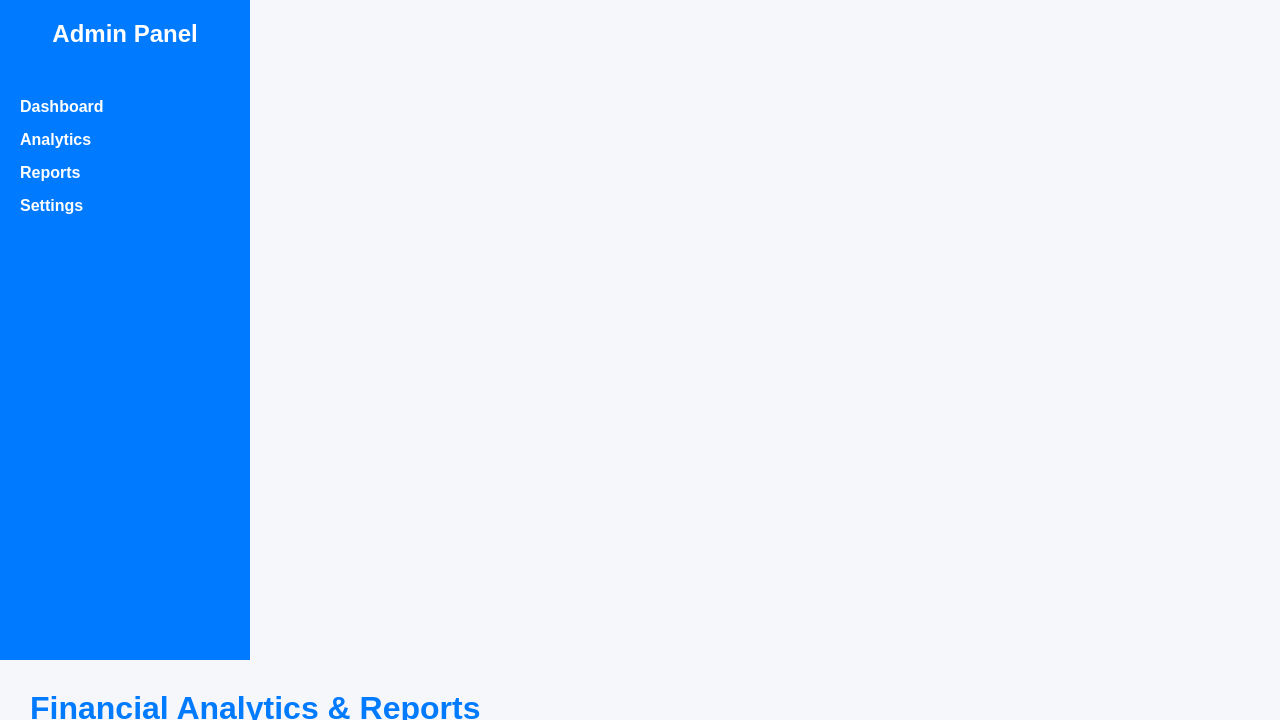
Repository: 2025silverx/slivedrX
Page: index6.html
The author's editor kept a copy of each file at every save. The page is drawn from the files as they stood at one save, then again after the next save.
The browser window is 1280 px wide. The pictures show the whole page.

Above is the page before, as saved 2025-01-05 00:53:41.

### index6.html
<!DOCTYPE html>
<html lang="en">
<head>
    <meta charset="UTF-8">
    <meta name="viewport" content="width=device-width, initial-scale=1.0">
    <title>Financial Analytics & Reports</title>
    <link rel="stylesheet" href="style6.css">
    <script src="https://cdn.jsdelivr.net/npm/chart.js"></script>
</head>
<body>
    <div class="sidebar">
        <h2>Admin Panel</h2>
        <ul class="sidebar-links">
            <li><a href="#">Dashboard</a></li>
            <li><a href="#">Analytics</a></li>
            <li><a href="#">Reports</a></li>
            <li><a href="#">Settings</a></li>
        </ul>
    </div>

    <div class="main-content">
        <h1>Financial Analytics & Reports</h1>

        <!-- KPIs Section -->
        <div class="kpi-section">
            <div class="kpi-card">
                <h3>Total Funds</h3>
                <p>$2,500,000</p>
            </div>
            <div class="kpi-card">
                <h3>Active Users</h3>
                <p>1,200</p>
            </div>
            <div class="kpi-card">
                <h3>Profits</h3>
                <p>$500,000</p>
            </div>
            <div class="kpi-card">
                <h3>Transaction Volume</h3>
                <p>$1,000,000</p>
            </div>
        </div>

        <!-- Data Trends Section -->
        <div class="charts-section">
            <div class="chart-container">
                <h2>Revenue Growth (Last 12 Months)</h2>
                <canvas id="revenueGrowthChart"></canvas>
            </div>
            <div class="chart-container">
                <h2>Transaction Trends (Last 12 Months)</h2>
                <canvas id="transactionTrendsChart"></canvas>
            </div>
        </div>
    </div>

    <script src="script6.js"></script>
</body>
</html>

### style6.css
/* Reset some default styles */
* {
    margin: 0;
    padding: 0;
    box-sizing: border-box;
}

/* Body and container styles */
body {
    font-family: Arial, sans-serif;
    display: flex;
    height: 100vh;
    background-color: #f5f7fa;
    flex-direction: column;
}

/* Header styles */
.header {
    display: flex;
    justify-content: space-between;
    background-color: #007bff;
    color: white;
    padding: 15px 30px;
    align-items: center;
}

.header-left h2 {
    margin: 0;
}

.header-right .search-bar {
    padding: 8px;
    font-size: 14px;
    border-radius: 5px;
}

/* Sidebar styles */
.sidebar {
    width: 250px;
    background-color: #007bff;
    color: white;
    padding: 20px;
    display: flex;
    flex-direction: column;
    position: sticky;
    top: 0;
    height: 100vh;
}

.sidebar h2 {
    margin-bottom: 20px;
    text-align: center;
}

.sidebar-links {
    list-style: none;
    margin-top: 30px;
}

.sidebar-links li {
    margin-bottom: 15px;
}

.sidebar-links a {
    text-decoration: none;
    color: white;
    font-weight: bold;
}

.sidebar-links a:hover {
    color: #f0f0f0;
}

/* Main content area */
.main-content {
    flex: 1;
    padding: 30px;
    overflow-y: auto;
}

h1 {
    color: #007bff;
    margin-bottom: 20px;
}

/* Settings section styles */
.settings-section {
    background-color: white;
    padding: 20px;
    border-radius: 10px;
    box-shadow: 0 4px 8px rgba(0, 0, 0, 0.1);
    margin-bottom: 30px;
}

.settings-section h2 {
    color: #007bff;
    margin-bottom: 15px;
}

.settings-form {
    display: flex;
    flex-direction: column;
    gap: 20px;
}

.form-group {
    display: flex;
    flex-direction: column;
    gap: 8px;
}

label {
    font-size: 14px;
    color: #555;
}

input {
    padding: 10px;
    font-size: 14px;
    border: 1px solid #ccc;
    border-radius: 5px;
    width: 100%;
}

input[type="checkbox"] {
    width: auto;
}

button.btn {
    background-color: #007bff;
    color: white;
    padding: 12px;
    border: none;
    border-radius: 5px;
    cursor: pointer;
    font-size: 16px;
}

button.btn:hover {
    background-color: #0056b3;
}

/* Responsive Styles */
@media (max-width: 768px) {
    .sidebar {
        width: 200px;
    }

    .main-content {
        padding: 20px;
    }
}

### script6.js
// Data for the charts
const revenueData = {
    labels: ['Jan', 'Feb', 'Mar', 'Apr', 'May', 'Jun', 'Jul', 'Aug', 'Sep', 'Oct', 'Nov', 'Dec'],
    datasets: [{
        label: 'Revenue Growth',
        data: [100000, 120000, 130000, 150000, 160000, 180000, 200000, 210000, 230000, 240000, 250000, 270000],
        backgroundColor: 'rgba(0, 123, 255, 0.6)', // Blue for revenue
        borderColor: 'rgba(0, 123, 255, 1)',
        borderWidth: 1
    }]
};

const transactionData = {
    labels: ['Jan', 'Feb', 'Mar', 'Apr', 'May', 'Jun', 'Jul', 'Aug', 'Sep', 'Oct', 'Nov', 'Dec'],
    datasets: [{
        label: 'Transaction Volume',
        data: [80000, 100000, 120000, 130000, 150000, 170000, 180000, 190000, 210000, 220000, 240000, 250000],
        backgroundColor: 'rgba(255, 99, 132, 0.6)', // Red for transaction volume
        borderColor: 'rgba(255, 99, 132, 1)',
        borderWidth: 1
    }]
};

// Chart.js configuration for revenue growth
const revenueGrowthCtx = document.getElementById('revenueGrowthChart').getContext('2d');
const revenueGrowthChart = new Chart(revenueGrowthCtx, {
    type: 'bar',
    data: revenueData,
    options: {
        responsive: true,
        scales: {
            y: {
                beginAtZero: true,
                ticks: {
                    callback: function(value) {
                        return '$' + value.toLocaleString(); // Format y-axis as currency
                    }
                }
            },
            x: {
                grid: {
                    display: false
                }
            }
        },
        plugins: {
            tooltip: {
                callbacks: {
                    label: function(tooltipItem) {
                        return '$' + tooltipItem.raw.toLocaleString();
                    }
                }
            }
        }
    }
});

// Chart.js configuration for transaction trends
const transactionTrendsCtx = document.getElementById('transactionTrendsChart').getContext('2d');
const transactionTrendsChart = new Chart(transactionTrendsCtx, {
    type: 'line',
    data: transactionData,
    options: {
        responsive: true,
        scales: {
            y: {
                beginAtZero: true,
                ticks: {
                    callback: function(value) {
                        return '$' + value.toLocaleString(); // Format y-axis as currency
                    }
                }
            },
            x: {
                grid: {
                    display: false
                }
            }
        },
        plugins: {
            tooltip: {
                callbacks: {
                    label: function(tooltipItem) {
                        return '$' + tooltipItem.raw.toLocaleString();
                    }
                }
            }
        }
    }
});

After the next save:
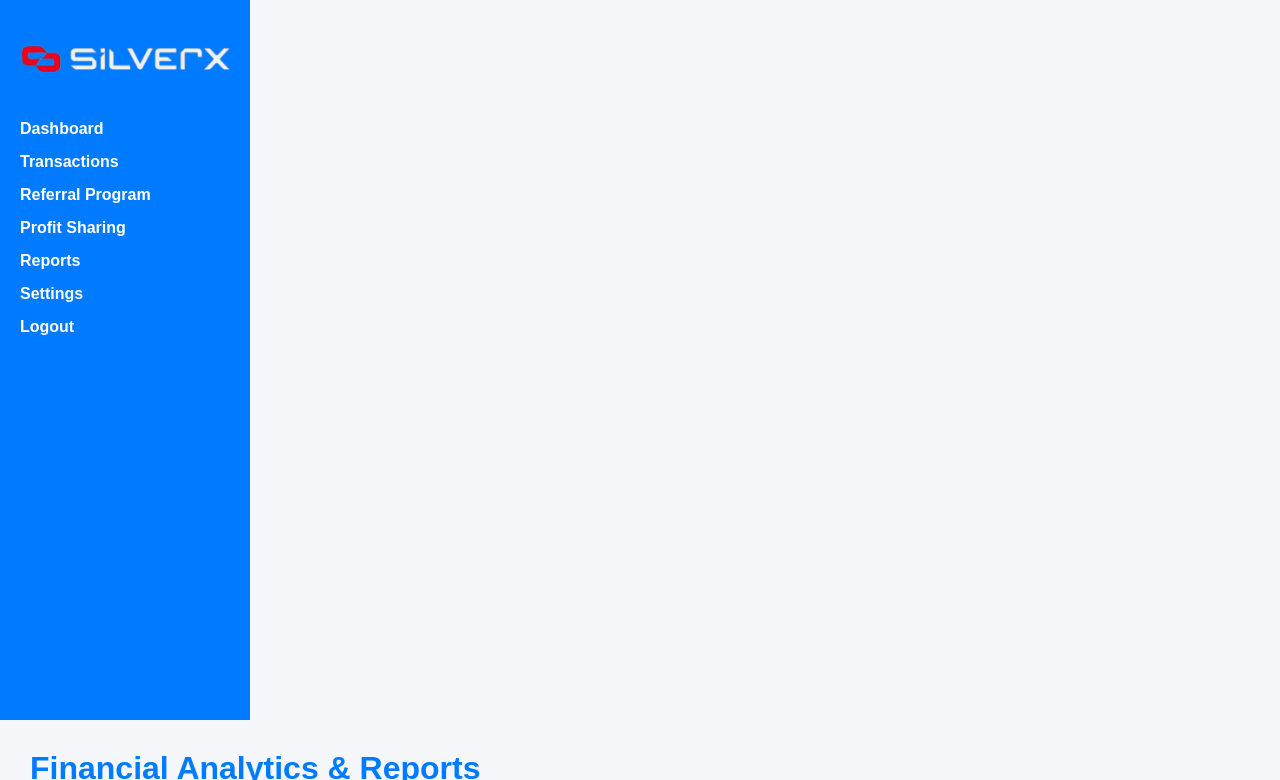
Saved 11 s later.
--- a/index6.html
+++ b/index6.html
@@ -7,16 +7,20 @@
     <link rel="stylesheet" href="style6.css">
     <script src="https://cdn.jsdelivr.net/npm/chart.js"></script>
 </head>
-<body>
+<div id="sidebar-container">
     <div class="sidebar">
-        <h2>Admin Panel</h2>
+        <img src="images/logo.png" alt="Sidebar Logo" class="sidebar-logo">
         <ul class="sidebar-links">
-            <li><a href="#">Dashboard</a></li>
-            <li><a href="#">Analytics</a></li>
-            <li><a href="#">Reports</a></li>
-            <li><a href="#">Settings</a></li>
+            <li><a href="index.html" class="sidebar-link" data-target="dashboard">Dashboard</a></li>
+            <li><a href="index2.html" class="sidebar-link" data-target="transactions">Transactions</a></li>
+            <li><a href="indesx3.html" class="sidebar-link" data-target="reports">Referral Program</a></li>
+            <li><a href="index4.html" class="sidebar-link" data-target="users">Profit Sharing</a></li>
+            <li><a href="index5.html" class="sidebar-link" data-target="reports">Reports</a></li>
+            <li><a href="setting.html" class="sidebar-link" data-target="settings">Settings</a></li>
+            <li><a href="index5.html" class="sidebar-link" data-target="logout">Logout</a></li>
         </ul>
     </div>
+</div>
 
     <div class="main-content">
         <h1>Financial Analytics & Reports</h1>
